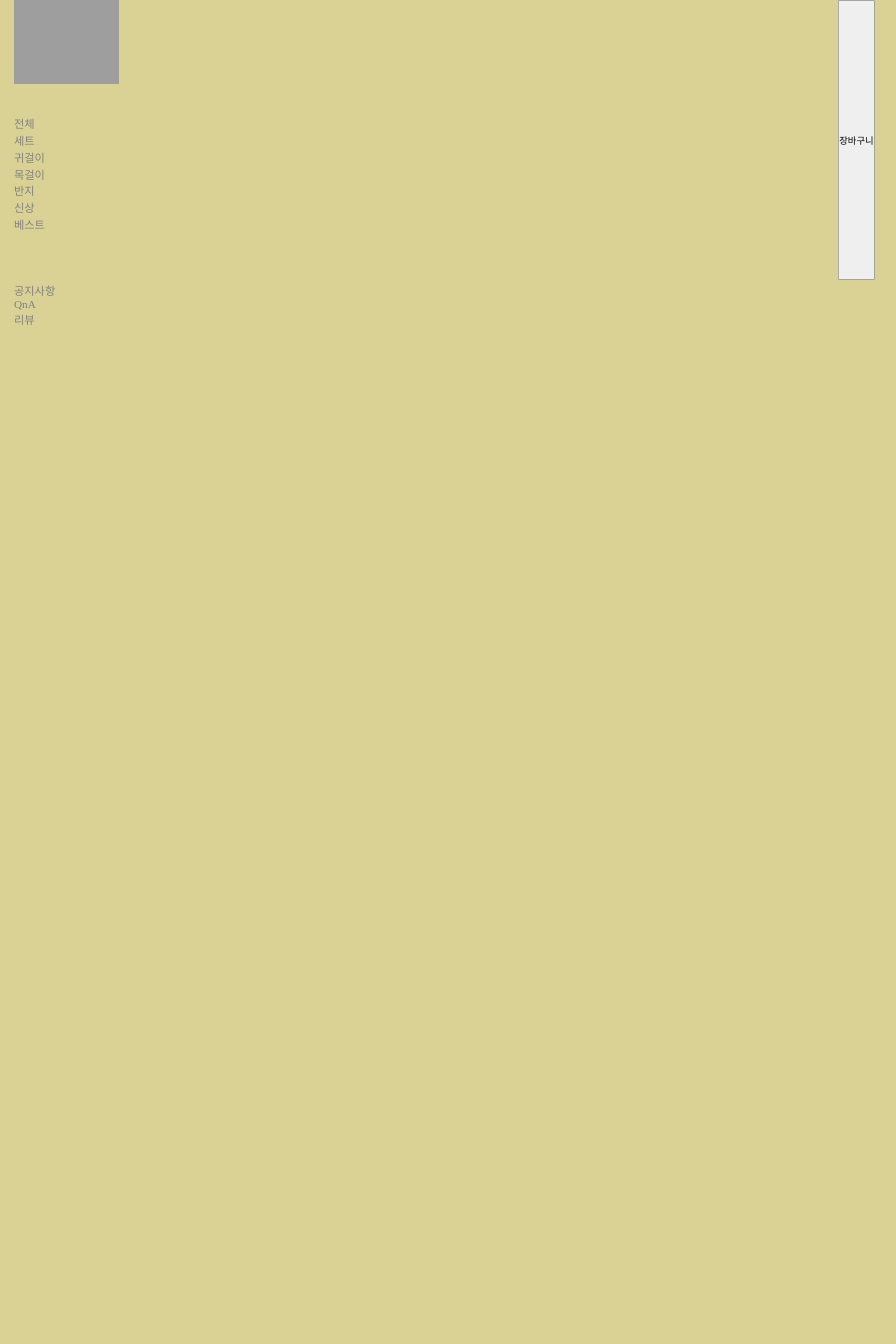
Repository: kkao45617/projectA
Page: http://localhost/project1/nav.jsp
These files come from the project's save history. The page is drawn as it stood at one moment and after the next save; the edit follows.
The browser window is 1280 px wide. The pictures show the part of the page from y = 0 to 1920 px (the page is 50000 px tall), at 70% of full size.
Pictures or frames that could not be fetched are drawn as grey boxes. The page is served by Tomcat 9.

Above is the page before, as saved 2022-06-08 14:41:36.

After the next save:
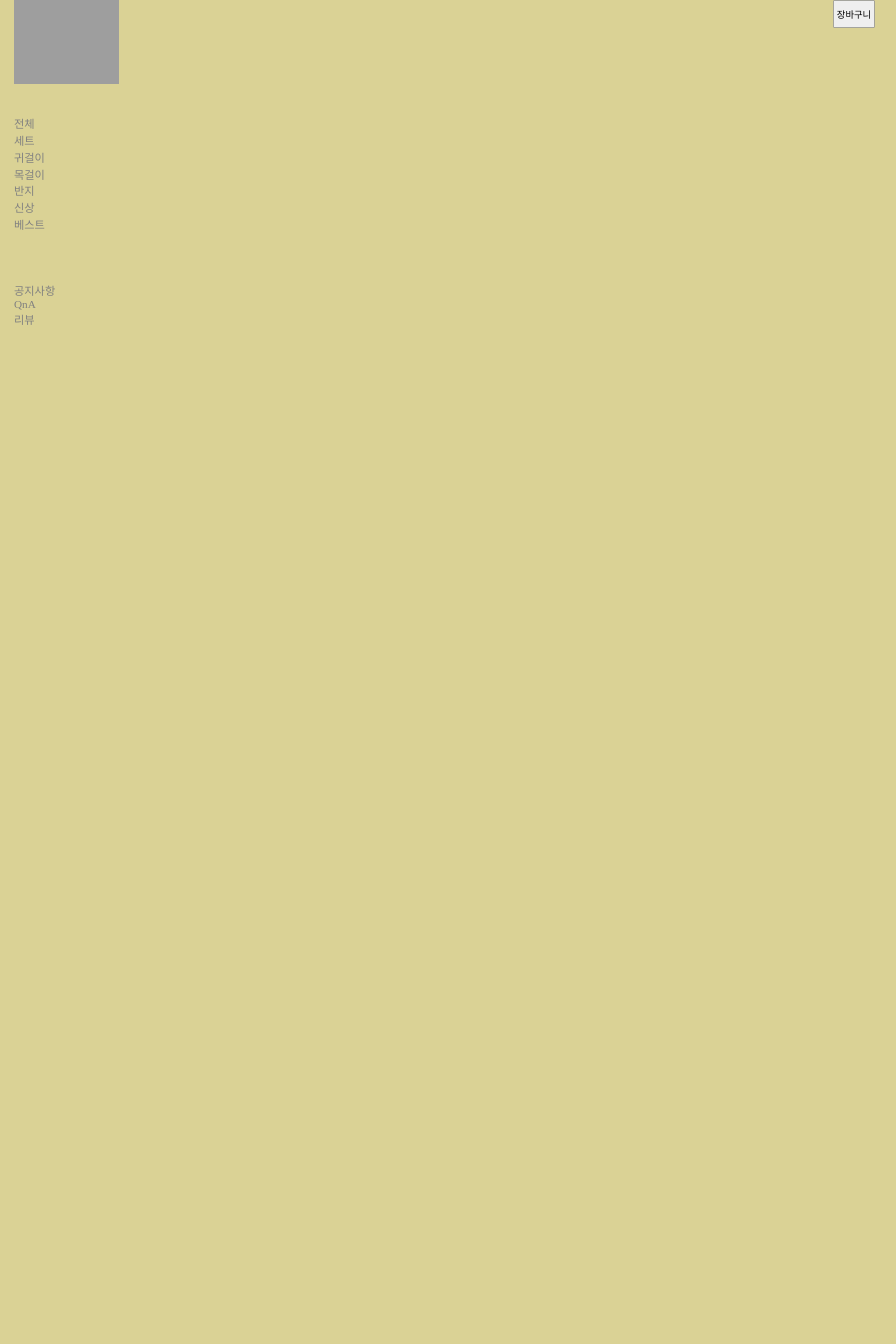
Saved 19 s later.
--- a/project1/src/main/webapp/css/nav.css
+++ b/project1/src/main/webapp/css/nav.css
@@ -62,5 +62,6 @@ a:hover {
 	line-height: 2em;
 }
 .btn button {
-	height: 400px;
+	height: 40px;
+	width: 60px;
 }
